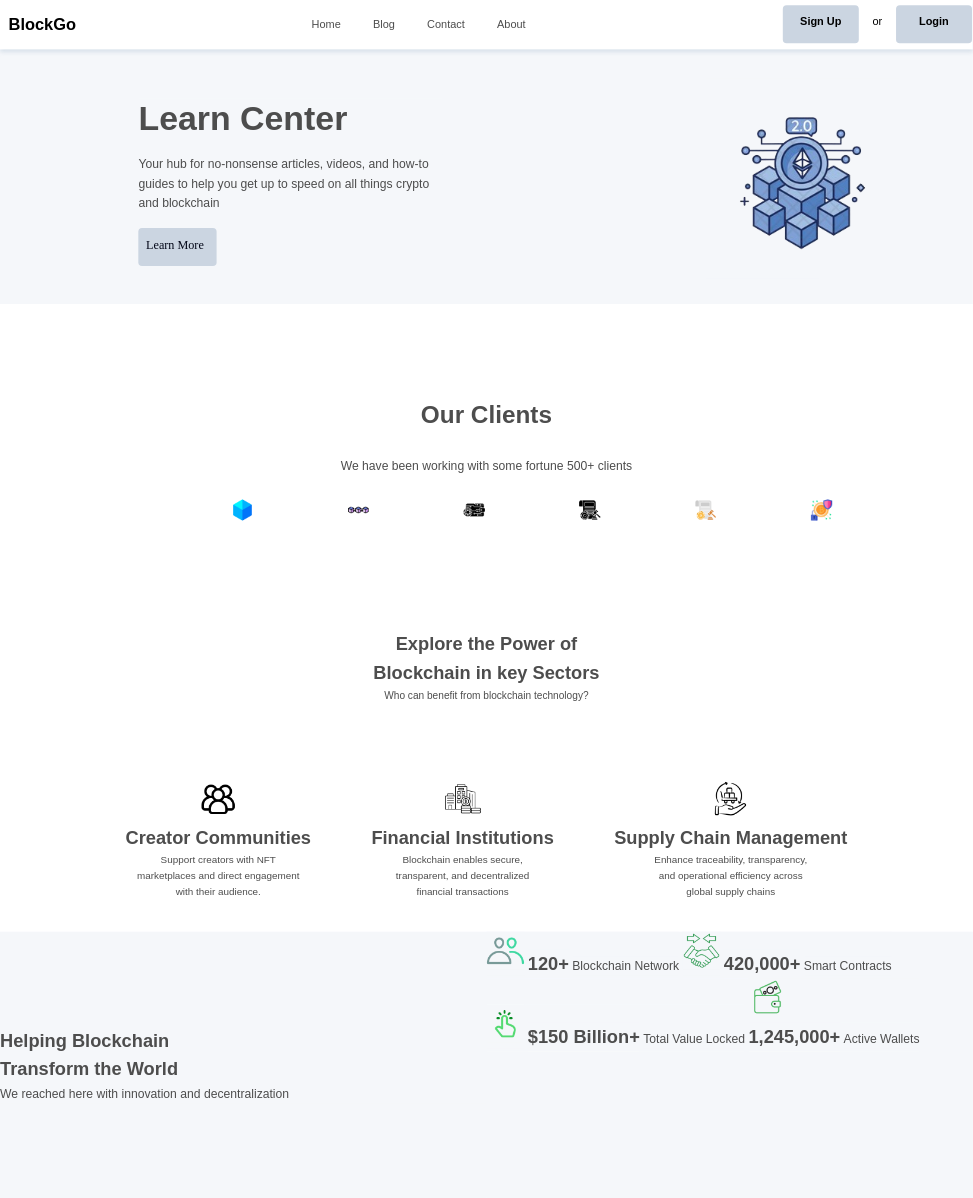
Repository: Tafsirul555/Assignment
Page: Assignment1.html
An editor plug-in stored every save of this project. The page is shown before and after the next save, followed by the edit.
The browser window is 1280 px wide. The pictures show the whole page, at 76% of full size.

Above is the page before, as saved 2025-06-09 01:39:26.

After the next save:
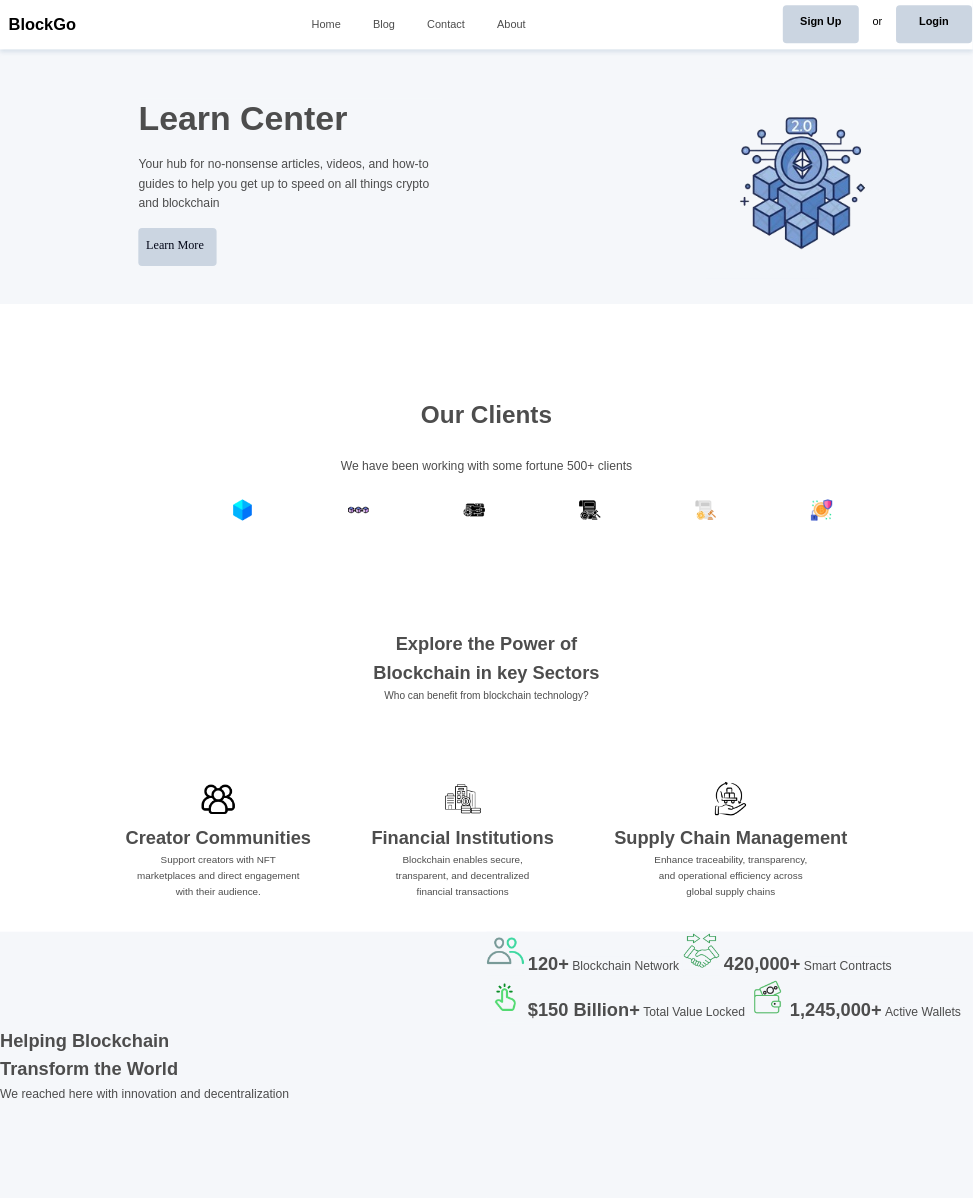
Saved 5 s later.
--- a/Assignment1.css
+++ b/Assignment1.css
@@ -325,7 +325,7 @@ article img{
 .figure-bn p{
     display: inline-block;
 }
-.figure-box .figure-bn-img,
+.figure-box .figure-aw-img,
 .figure-box .figure-aw,
 .figure-box h2,
 .figure-box p{
